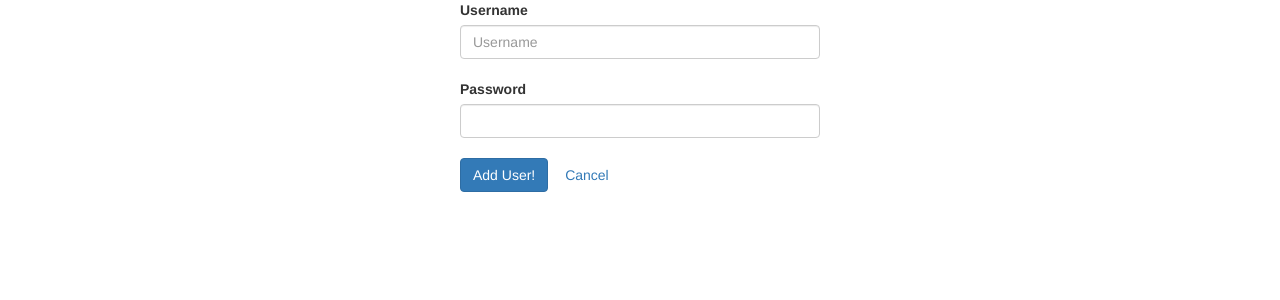
Repository: thefad3/python-mvc-firebase
Page: templates/add.html
The author's editor kept a record of every edit. The page is drawn from the files as they stood at one moment, then again after the next edit.
The browser window is 1280 px wide. The pictures show the whole page.

Above is the page before.
Console error (its wording comes from the project's code and is left out).

After the next edit:
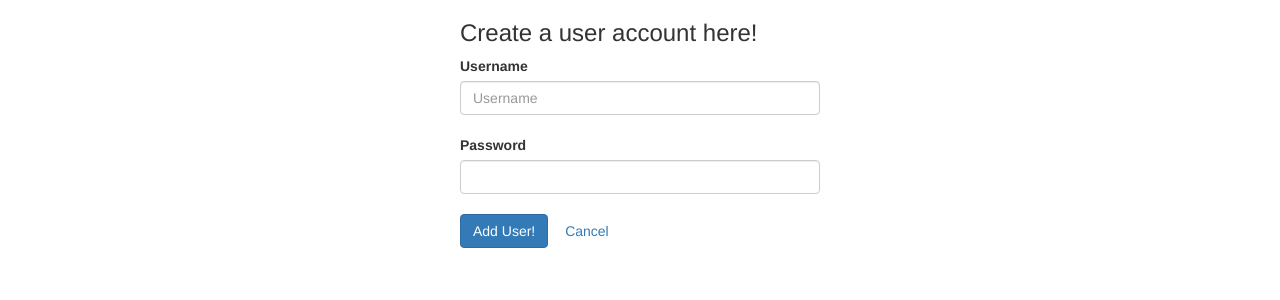
The edit:
--- a/templates/add.html
+++ b/templates/add.html
@@ -9,6 +9,7 @@
 <div class="row">
         <div class="col-md-4"></div>
         <div class="col-md-4">
+            <h3>Create a user account here!</h3>
 <form enctype="multipart/form-data" action="/addAction" method="post">
         <label>Username</label>
         <input type="text" name="username" class="form-control" placeholder="Username" required>
